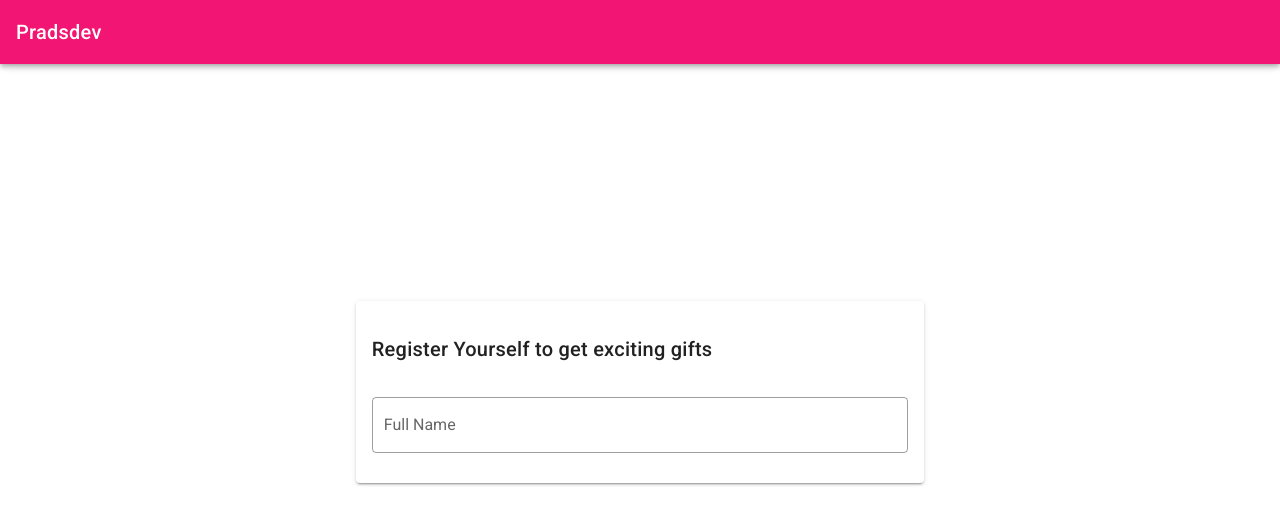
Repository: pradsdev/vue-form-validate
Page: /
These files come from the project's save history. The page is drawn as it stood at one moment and after the next save; the edit follows.
The browser window is 1280 px wide. The pictures show the whole page.
The project was rebuilt for these pictures with package versions that can differ from the ones it lists, and the page was loaded fresh each time. Also part of the build but not shown: vue.config.js.

Above is the page before, as saved 2020-12-21 23:02:57.

### src/App.vue
<template>
  <v-app>
    <v-app-bar
      app
      color="primary"
      dark
    >
      <div class="d-flex align-center">
        <div class="title">
          Pradsdev
        </div>
      </div>
    </v-app-bar>

    <v-main>
      <HelloWorld/>
    </v-main>
  </v-app>
</template>

<script>
import HelloWorld from './components/HelloWorld'

export default {
  name: 'App',

  components: {
    HelloWorld
  },

  data: () => ({
    //
  })
}
</script>

### src/plugins/vuetify.js
import Vue from 'vue'
import Vuetify from 'vuetify/lib/framework'

Vue.use(Vuetify)

export default new Vuetify({
  theme: {
    options: {
      customProperties: true
    },
    themes: {
      light: {
        primary: '#f31573',
        secondary: '#424242',
        accent: '#82B1FF',
        error: '#FF5252',
        info: '#2196F3',
        success: '#4CAF50',
        warning: '#FFC107'
      }
    }
  }
})

### src/components/HelloWorld.vue
<template>
  <v-container fill-height>
    <v-row class="text-center justify-center">
      <v-col cols="6">
        <v-card>
          <v-card-title class="py-8">
            Register Yourself to get exciting gifts
          </v-card-title>
          <v-form class="mx-4">
              <v-text-field outlined label="Full Name"/>
          </v-form>
        </v-card>
      </v-col>
    </v-row>
  </v-container>
</template>

<script>
export default {
  name: 'HelloWorld',

  data: () => ({
  })
}
</script>

Loaded but not shown: public/index.html (common file); src/main.js (common file)

After the next save:
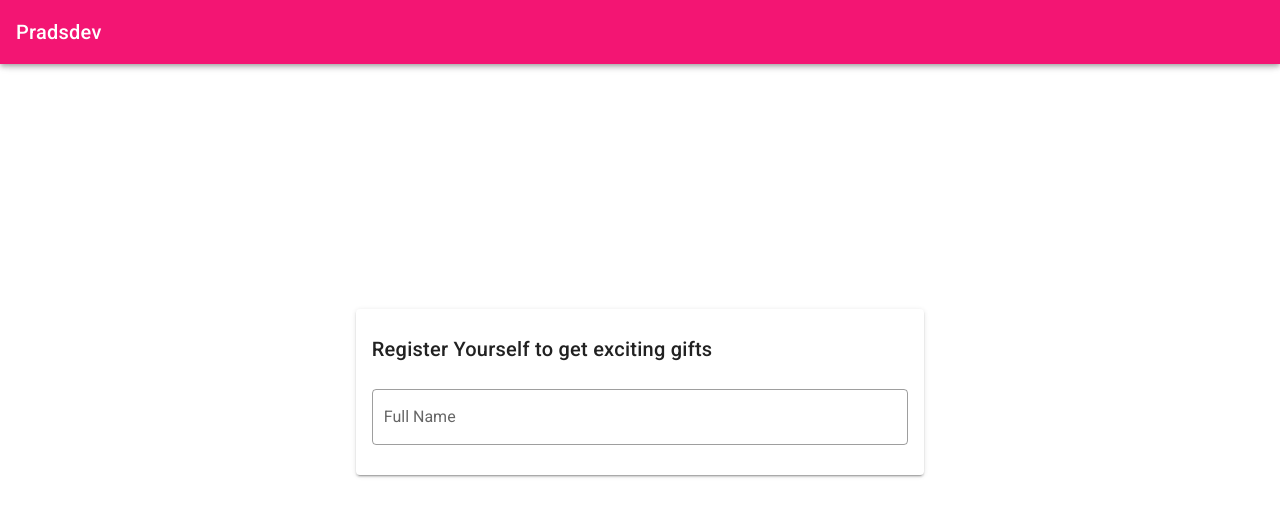
Saved 14 s later.
--- a/src/components/HelloWorld.vue
+++ b/src/components/HelloWorld.vue
@@ -3,7 +3,7 @@
     <v-row class="text-center justify-center">
       <v-col cols="6">
         <v-card>
-          <v-card-title class="py-8">
+          <v-card-title class="py-6">
             Register Yourself to get exciting gifts
           </v-card-title>
           <v-form class="mx-4">
